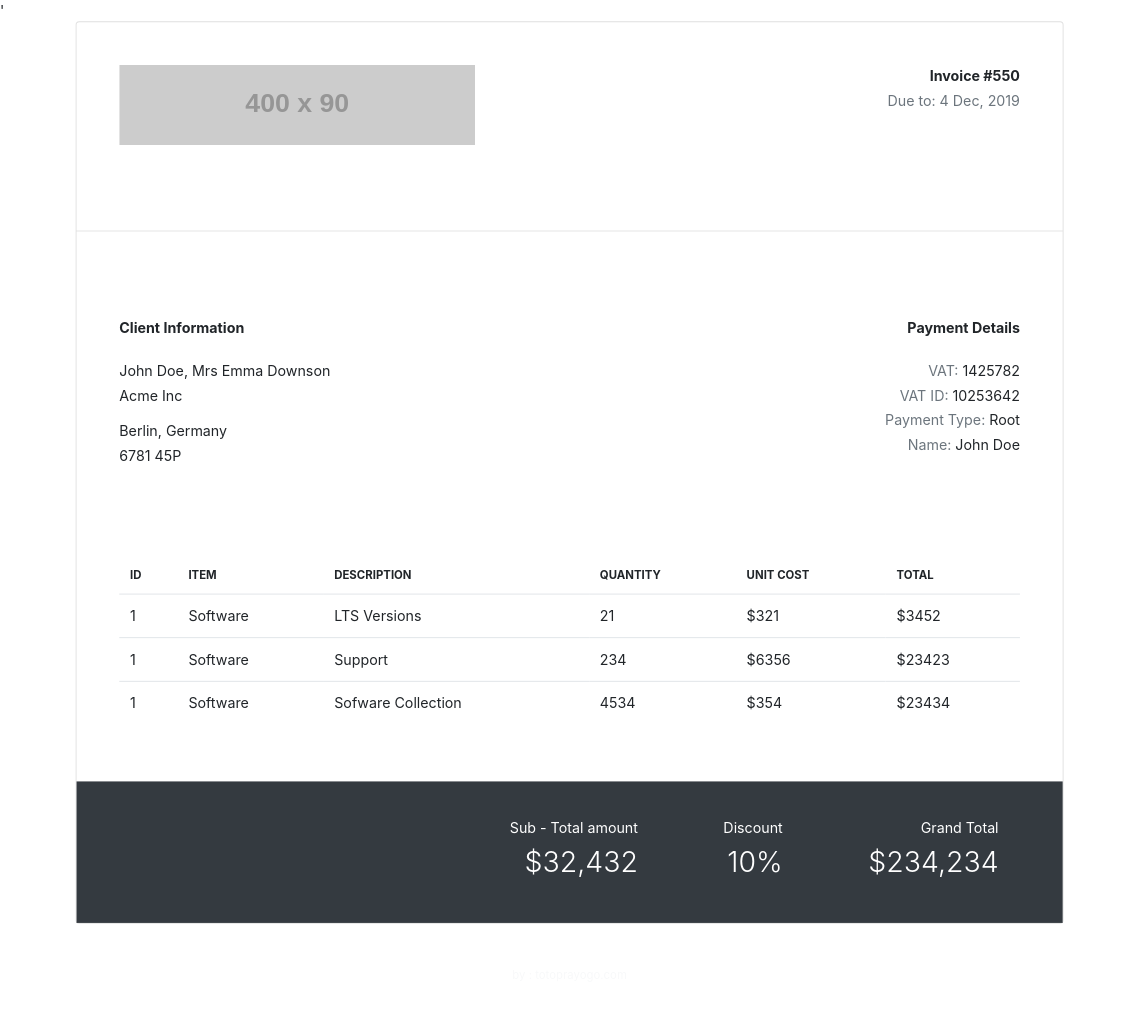
Repository: kim-byoungkwan/OpenBanking
Page: http://localhost/SemiFinalProject/jsp/board/boardList.jsp
These files come from the project's save history. The page is drawn as it stood at one moment and after the next save; the edit follows.
The browser window is 1280 px wide. The pictures show the whole page, at 89% of full size.
Some web libraries are served in a nearby version. The page is served by Tomcat 9. Other server files are loaded and not shown.

Above is the page before, as saved 2022-07-31 14:35:48.
Console error: TypeError: Cannot read properties of undefined (reading 'fn')

### SemiFinalProject/src/main/webapp/jsp/board/boardList.jsp
<%@ page language="java" contentType="text/html; charset=ISO-8859-1"
    pageEncoding="ISO-8859-1"%>
<!DOCTYPE html>
<html>

<head>
<meta charset="ISO-8859-1">
<title>Insert title here</title>
<link href="//maxcdn.bootstrapcdn.com/bootstrap/4.1.1/css/bootstrap.min.css" rel="stylesheet" id="bootstrap-css">
<script src="//maxcdn.bootstrapcdn.com/bootstrap/4.1.1/js/bootstrap.min.js"></script>
<script src="//cdnjs.cloudflare.com/ajax/libs/jquery/3.2.1/jquery.min.js"></script>
<!------ Include the above in your HEAD tag ---------->

</head>

<body>'
<div class="container">
    <div class="row">
        <div class="col-12">
            <div class="card">
                <div class="card-body p-0">
                    <div class="row p-5">
                        <div class="col-md-6">
                            <img src="http://via.placeholder.com/400x90?text=logo">
                        </div>

                        <div class="col-md-6 text-right">
                            <p class="font-weight-bold mb-1">Invoice #550</p>
                            <p class="text-muted">Due to: 4 Dec, 2019</p>
                        </div>
                    </div>

                    <hr class="my-5">

                    <div class="row pb-5 p-5">
                        <div class="col-md-6">
                            <p class="font-weight-bold mb-4">Client Information</p>
                            <p class="mb-1">John Doe, Mrs Emma Downson</p>
                            <p>Acme Inc</p>
                            <p class="mb-1">Berlin, Germany</p>
                            <p class="mb-1">6781 45P</p>
                        </div>

                        <div class="col-md-6 text-right">
                            <p class="font-weight-bold mb-4">Payment Details</p>
                            <p class="mb-1"><span class="text-muted">VAT: </span> 1425782</p>
                            <p class="mb-1"><span class="text-muted">VAT ID: </span> 10253642</p>
                            <p class="mb-1"><span class="text-muted">Payment Type: </span> Root</p>
                            <p class="mb-1"><span class="text-muted">Name: </span> John Doe</p>
                        </div>
                    </div>

                    <div class="row p-5">
                        <div class="col-md-12">
                            <table class="table">
                                <thead>
                                    <tr>
                                        <th class="border-0 text-uppercase small font-weight-bold">ID</th>
                                        <th class="border-0 text-uppercase small font-weight-bold">Item</th>
                                        <th class="border-0 text-uppercase small font-weight-bold">Description</th>
                                        <th class="border-0 text-uppercase small font-weight-bold">Quantity</th>
                                        <th class="border-0 text-uppercase small font-weight-bold">Unit Cost</th>
                                        <th class="border-0 text-uppercase small font-weight-bold">Total</th>
                                    </tr>
                                </thead>
                                <tbody>
                                    <tr>
                                        <td>1</td>
                                        <td>Software</td>
                                        <td>LTS Versions</td>
                                        <td>21</td>
                                        <td>$321</td>
                                        <td>$3452</td>
                                    </tr>
                                    <tr>
                                        <td>1</td>
                                        <td>Software</td>
                                        <td>Support</td>
                                        <td>234</td>
                                        <td>$6356</td>
                                        <td>$23423</td>
                                    </tr>
                                    <tr>
                                        <td>1</td>
                                        <td>Software</td>
                                        <td>Sofware Collection</td>
                                        <td>4534</td>
                                        <td>$354</td>
                                        <td>$23434</td>
                                    </tr>
                                </tbody>
                            </table>
                        </div>
                    </div>

                    <div class="d-flex flex-row-reverse bg-dark text-white p-4">
                        <div class="py-3 px-5 text-right">
                            <div class="mb-2">Grand Total</div>
                            <div class="h2 font-weight-light">$234,234</div>
                        </div>

                        <div class="py-3 px-5 text-right">
                            <div class="mb-2">Discount</div>
                            <div class="h2 font-weight-light">10%</div>
                        </div>

                        <div class="py-3 px-5 text-right">
                            <div class="mb-2">Sub - Total amount</div>
                            <div class="h2 font-weight-light">$32,432</div>
                        </div>
                    </div>
                </div>
            </div>
        </div>
    </div>

    <div class="text-light mt-5 mb-5 text-center small">by : <a class="text-light" target="_blank" href="http://totoprayogo.com">totoprayogo.com</a></div>

</div>


</body>
</html>

After the next save:
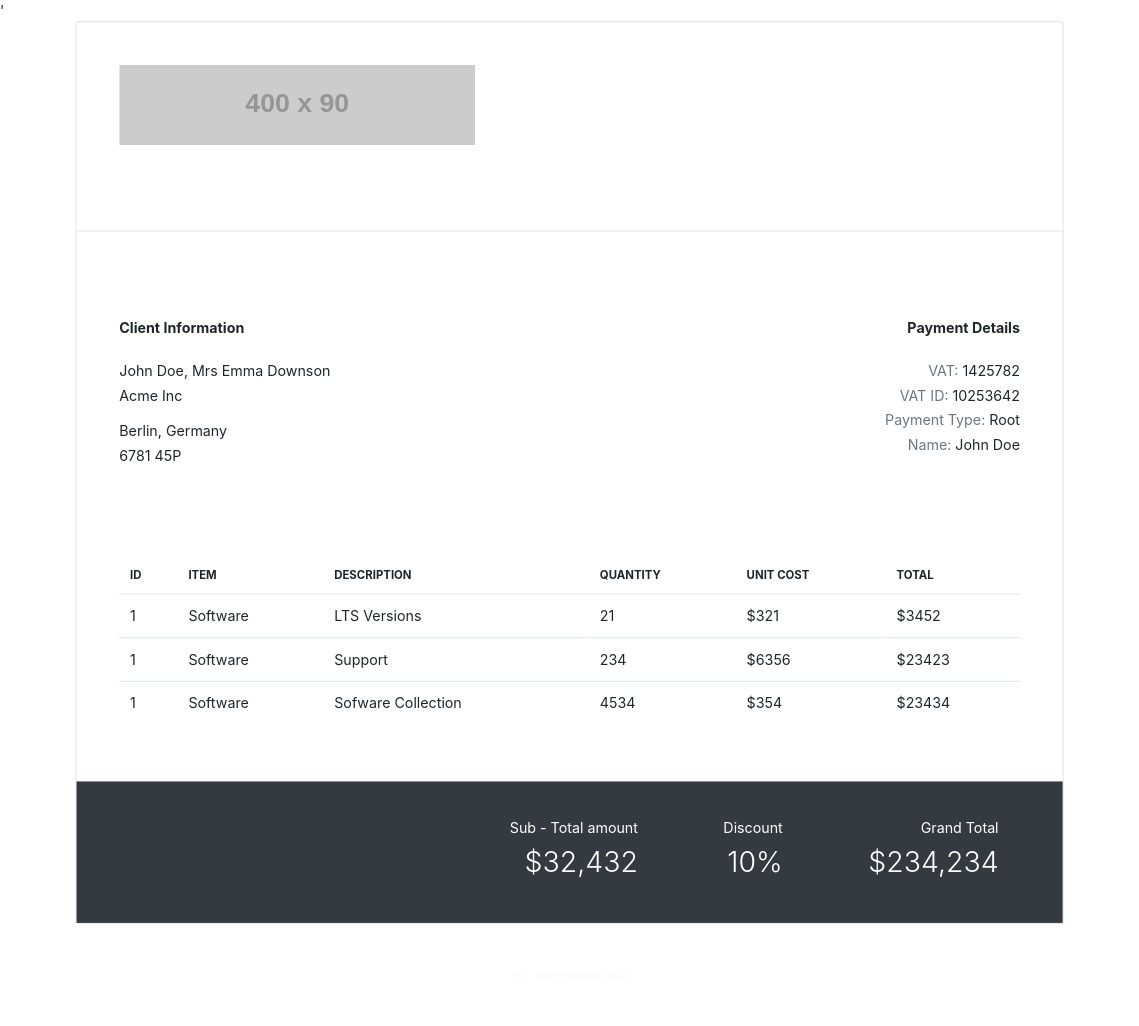
Saved 12 min 49 s later.
--- a/SemiFinalProject/src/main/webapp/jsp/board/boardList.jsp
+++ b/SemiFinalProject/src/main/webapp/jsp/board/boardList.jsp
@@ -24,10 +24,6 @@
                             <img src="http://via.placeholder.com/400x90?text=logo">
                         </div>
 
-                        <div class="col-md-6 text-right">
-                            <p class="font-weight-bold mb-1">Invoice #550</p>
-                            <p class="text-muted">Due to: 4 Dec, 2019</p>
-                        </div>
                     </div>
 
                     <hr class="my-5">
